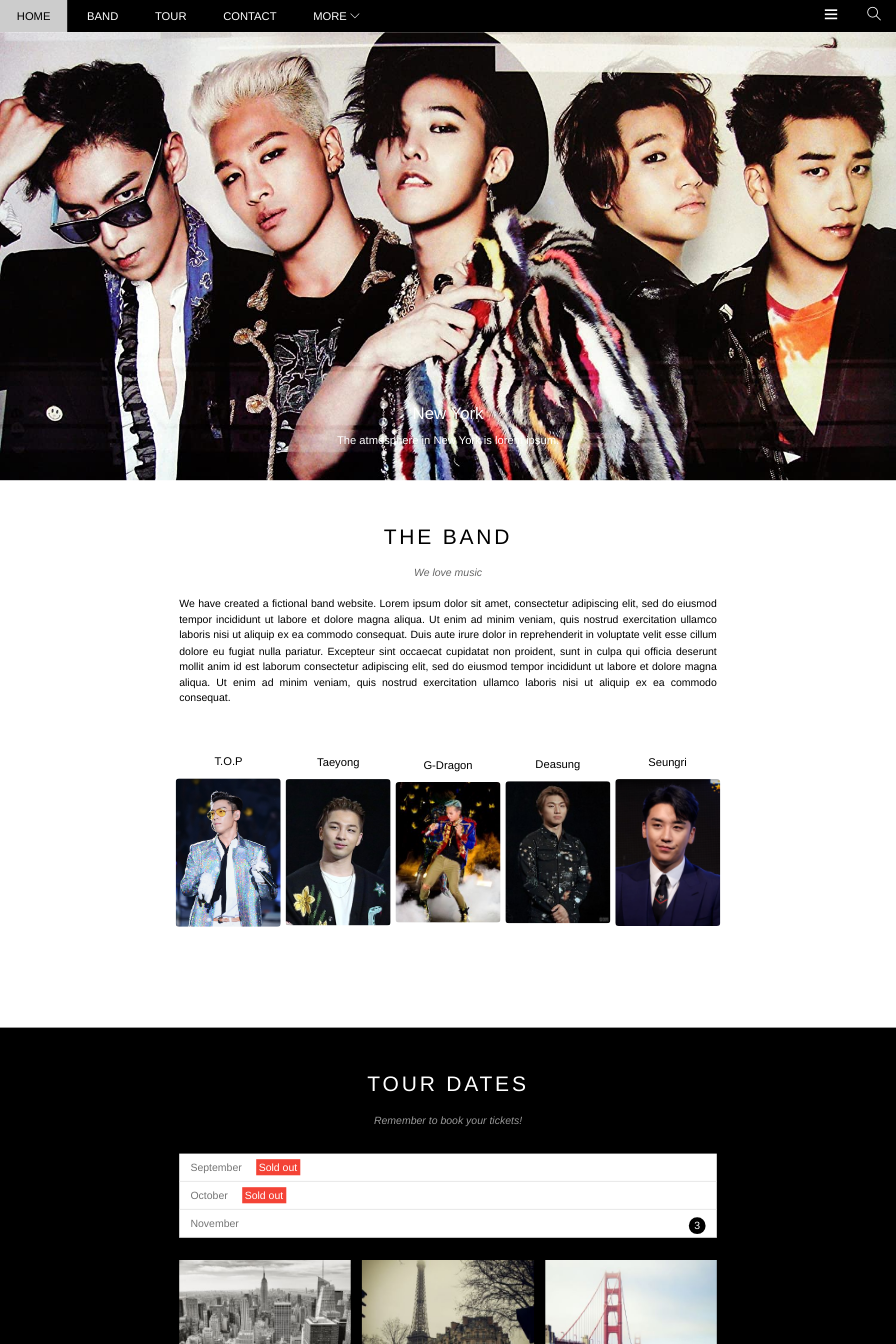
Repository: ThinhTran2k/BigBang-Band-Website
Page: index.html
These files come from the project's save history. The page is drawn as it stood at one moment and after a run of saves; the edit follows.
The browser window is 1280 px wide. The pictures show the part of the page from y = 0 to 1920 px (the page is 3651 px tall), at 70% of full size.
The pointer rests on the first visible `.header .mobi-menu-responsive`.

Above is the page before, as saved 2021-03-15 15:46:29.

### index.html
<!DOCTYPE html>
<html lang="en">
<head>
    <meta charset="UTF-8">
    <meta http-equiv="X-UA-Compatible" content="IE=edge">
    <meta name="viewport" content="width=device-width, initial-scale=1.0">
    <title>Brand</title>
    <link rel="icon" href="asset/img/favicon.png" type="image/x-icon" />
    <link rel="stylesheet" href="./asset/css/style.css">
    <link rel="stylesheet" href="./asset/css/responsive.css">
    <link rel="stylesheet" href="./asset/font/themify-icons/themify-icons.css">
</head>
<body>
    <div class="wrapper">
        <div class="header">
            <!-- Navigation -->
            <ul class="nav">
                <li><a href="#">Home</a></li>
                <li><a href="#band">Band</a></li>
                <li><a href="#tour">Tour</a></li>
                <li><a href="#contact">Contact</a></li>
                <li>
                    <a href="">
                        More
                        <i class="nav-arrow-icon ti-angle-down"></i>
                    </a>
                    <ul class="subnav">
                        <li><a href="#">Merchandise</a></li>
                        <li><a href="#">Extras</a></li>
                        <li><a href="#">Media</a></li>
                    </ul>
                </li>
            </ul>

            <!-- Search -->
            <div class="header__search">
                <i class="header__search-icon ti-search"> </i>
            </div>

            <div class="mobi-menu-responsive">
                <i class="menu-icon ti-menu"></i>
            </div>
        </div>

        <div class="slider">
            <div class="text-content">
                <h2 class="text-heading">New York</h2>
                <div class="text-description">The atmosphere in New York is lorem ipsum.</div>
            </div>
        </div>

        <div class="content" >
            <div class="content-section" id="band">
                <h2 class="section-heading">THE BAND</h2>
                <p class="section-subheading">We love music</p>
                <p class="about">We have created a fictional band website. Lorem ipsum dolor sit amet, consectetur adipiscing elit, sed do eiusmod tempor
                incididunt ut labore et dolore magna aliqua. Ut enim ad minim veniam, quis nostrud exercitation ullamco laboris nisi ut
                aliquip ex ea commodo consequat. Duis aute irure dolor in reprehenderit in voluptate velit esse cillum dolore eu fugiat
                nulla pariatur. Excepteur sint occaecat cupidatat non proident, sunt in culpa qui officia deserunt mollit anim id est
                laborum consectetur adipiscing elit, sed do eiusmod tempor incididunt ut labore et dolore magna aliqua. Ut enim ad minim
                veniam, quis nostrud exercitation ullamco laboris nisi ut aliquip ex ea commodo consequat.
                </p>

                <div class="row member-list">
                    <div class="member-item">
                        <p class="member-name">T.O.P</p>
                        <img src="./asset/img/T.O.P.jpg" alt="name" class="member-img">
                    </div>
                    <div class="member-item">
                        <p class="member-name">Taeyong</p>
                        <img src="./asset/img/Taeyong.jpg" alt="name" class="member-img">
                    </div>
                    <div class="member-item">
                        <p class="member-name">G-Dragon</p>
                        <img src="./asset/img/G-dragon.jpg" alt="name" class="member-img">
                    </div>
                    <div class="member-item">
                        <p class="member-name">Deasung</p>
                        <img src="./asset/img/Deasung.jpg" alt="name" class="member-img">
                    </div>
                    <div class="member-item">
                        <p class="member-name">Seungri</p>
                        <img src="./asset/img/Seung-hyun.png" alt="name" class="member-img">
                    </div>
                </div>
            </div>
            <div class="content-section--black" id="tour">
                <div class="content-section">
                    <h2 class="section-heading text-white">TOUR DATES</h2>
                    <p class="section-subheading text-white">Remember to book your tickets!</p>
                    <!-- Tickets -->
                    <ul class="tickets-list">
                        <li>September <span class="sold-out">Sold out</span></li>
                        <li>October <span class="sold-out">Sold out</span></li>
                        <li>November <span class="quantity">3</span></li>
                    </ul>
                    <!-- Places -->
                    <div class="row place-list">
                        <div class="col col-third">
                            <img src="./asset/img/newyork.jpg" alt="place" class="place-img">
                            <div class="place-content">
                                <h3 class="place-heading">New York</h3>
                                <p class="place-time">Fri 27 Nov 2016</p>
                                <p class="place-desc">Praesent tincidunt sed tellus ut rutrum sed vitae justo.</p>
                                <a href="#" class="place-buy-btn">Buy Tickets</a>
                            </div>
                        </div>
                        <div class="col col-third">
                            <img src="./asset/img/paris.jpg" alt="place" class="place-img">
                            <div class="place-content">
                                <h3 class="place-heading">Paris</h3>
                                <p class="place-time">Sat 28 Nov 2017</p>
                                <p class="place-desc">Praesent tincidunt sed tellus ut rutrum sed vitae justo.</p>
                                <a href="#" class="place-buy-btn">Buy Tickets</a>
                            </div>
                        </div>
                        <div class="col col-third">
                            <img src="./asset/img/sanfran.jpg" alt="place" class="place-img">
                            <div class="place-content">
                                <h3 class="place-heading">San Fancisco</h3>
                                <p class="place-time">Sun 29 Nov 2018</p>
                                <p class="place-desc">Praesent tincidunt sed tellus ut rutrum sed vitae justo.</p>
                                <a href="#" class="place-buy-btn">Buy Tickets</a>
                            </div>
                        </div>
                    </div>
                </div>
            </div>
            <div class="content-section" id="contact">
                <h2 class="section-heading">CONTACT</h2>
                <p class="section-subheading">Fan? Drop a note!</p>

                <div class="row contact-content">
                    <div class="col col-half contact-infor">
                        <p><i class="ti-location-pin"></i>Chicago, US</p>
                        <p><i class="ti-mobile"></i>Phone: +00 151515/p>
                        <p><i class="ti-email"></i>Email: mail@mail.com</p>
                    </div>
                    <div class="col col-half contact-form">
                        <form action="">
                            <div class="row ">
                                <div class="col col-half">
                                    <input type="text" name="" id="" class="form-control" required placeholder="Name">
                                </div>
                                <div class="col col-half">
                                    <input type="email" name="" id="" class="form-control" required placeholder="Email">
                                </div>
                            </div>
                            <div class="row mt-8">
                                <div class="col col-full">
                                    <input type="text" name="" id="" class="form-control" required placeholder="Message">
                                </div>
                            </div>
                            <input type="submit" value="SEND" class="form-btn">
                        </form>
                    </div>
                </div>
            </div>

            <div class="map-section" >
                <img src="./asset/img/map.jpg" alt="map">
            </div>
        </div>

        <div class="footer">
            <div class="social-list">
                <a href=""><i class="ti-facebook"></i></a>
                <a href=""><i class="ti-instagram"></i></a>
                <a href=""><i class="ti-pinterest"></i></a>
                <a href=""><i class="ti-linkedin"></i></a>
                <a href=""><i class="ti-twitter-alter"></i></a>
                <a href=""><i class="ti-dropbox-alt"></i></a>
            </div>
            <p class="copyright">Powered by <a href="#">w3.css</a></p>
        </div>
    </div>
</body>
</html>

### asset/css/style.css
/* Reset CSS */
*{
    padding: 0;
    margin: 0;
    box-sizing: border-box;
}

html {
    scroll-behavior: smooth;
    font-family: Helvetica, Arial , sans-serif;
}

/* Common css */
.text-white {
    color: #fff !important;
}
.row {
    display: flex;
    justify-content: space-between;
    margin-left: -8px;
    margin-right: -8px;
}
.col {
    padding: 0 8px;
}
.col-third {
    width: 33.33%;
}
.col-half {
    width: 50%;
}
.col-full {
    width: 100%;
}
/* end */

/* Main */
.wrapper {

}

.header {
    position: fixed;
    top: 0;
    left: 0;
    right: 0;
    z-index: 1;
    height: 46px;
    background-color: #000;
    overflow: hidden;
}

.nav {
    display: inline-block;
}
.nav .subnav {
    display: none;
    position: absolute;
    top: 100%;
    left: 0;
    min-width: 160px;
    background-color: #fff;
    box-shadow: 0 0 10px rgba(0, 0, 0, 0.3);
}
.nav, .subnav {
    list-style: none;
}
.nav .subnav li:hover, .nav > li:hover > a {
    color: #000;
    background-color: #ccc;
}
.nav .subnav a {
    line-height: 38px;
    padding: 0 16px;
    color: #000;
}

.nav li:hover .subnav {
    display: block;
}
.nav > li {
    display: inline-block;
}
.nav > li > a {
    text-transform: uppercase;
    color: #fff;
}
.nav li{
    position: relative;
}
.nav li a {
    display: block;
    cursor: pointer;
    padding: 0 24px;
    line-height: 46px;
    text-decoration: none;
}
.nav-arrow-icon {
    font-size: 14px;
}
.header .header__search,
.header .mobi-menu-responsive {
    float: right;
    padding: 0 21px;
    line-height: 46px;
}

.header .header__search:hover {
    cursor: pointer;
    background-color: #f44336;
}
.header .menu-icon,
.header__search-icon {
    color: #fff;
    font-size: 20px;
}

.slider {
    position: relative;
    margin-top: 46px;
    padding-top: 50%;
    background-image: url('/asset/img/slider2.jpg');
    background-size: cover;
    background-repeat: no-repeat;
    background-position: top center;
}
.text-content {
    position: absolute;
    color: #fff;
    bottom: 48px;
    left: 50%;
    transform: translateX(-50%);
    text-align: center;
}
.text-heading {
    font-weight: 500;
}
.text-description {
    padding-top: 15px;
}


.content {

}
.content-section {
    width: 800px;
    max-width: 100%;
    margin: 0 auto;
    padding: 64px 16px 112px;
}
.section-heading {
    font-weight: 500;
    font-size: 30px;
    text-align: center;
    letter-spacing: 4px;
}
.section-subheading {
    font-size: 15px;
    text-align: center;
    margin-top: 25px;
    font-style: italic;
    opacity: 0.6;
}
.about {
    margin-top: 25px;
    font-size: 15px;
    text-align: justify;
    line-height: 1.5;
}
.member-list {
    margin-top: 38px;
    padding: 32px 0;
}
.member-item {
    display: flex;
    flex-direction: column;
    align-items: center;
    justify-content: center;
    width: 20%;
}
.member-item .member-name {
    margin-bottom: 15px;
}
.member-item .member-img {
    border-radius: 5px;
    width: 150px;
    object-fit: contain;
}
.content-section--black {
    background-color: #000;
}
.tickets-list {
    list-style: none;
    margin-top: 40px;
    background-color: #fff;
}
.tickets-list li {
    color: #757575;
    font-size: 15px;
    padding: 11px 16px;
    border-bottom: 1px solid #ddd;
}
.sold-out {
    background-color: #f44336;
    padding: 3px 4px;
    color: #fff;
    margin-left: 16px;
}
.quantity {
    float: right;
    width: 24px;
    height: 24px;
    line-height: 24px;
    text-align: center;
    border-radius: 50%;
    background-color: #000;
    color: #fff;
}
.place-list {
    /* kĩ thuật căn lề trái vs lề phải */
    margin-top: 32px;
}
.place-img {
    display: block;
    width: 100%;
    height: 190px;
}
.place-img:hover { opacity: 0.6;}
.place-content {
    font-size: 15px;
    padding: 16px;
    background-color: #fff;
}
.place-heading {
    font-size: 15px;
    font-weight: 600;
}
.place-time {
    color: #757575;
    margin-top: 15px;
}
.place-desc {
    margin-top: 15px;
}
.place-buy-btn {
    display: inline-block;
    color: #fff;
    background-color: #000;
    padding: 11px 16px;
    margin-top: 15px;
    text-decoration: none;
}
.place-buy-btn:hover {color: #000; background-color: #ccc;}
/* Contact Form */
.contact-content {
    margin-top: 48px;
}
.contact-infor {
    font-size: 18px;
    line-height: 1.5;
}
.contact-infor i[class*="ti-"] { width: 30px; display: inline-block;}
.contact-form {
    font-size: 15px;
}
.form-control {
    padding: 10px;
    border: 1px solid #ccc;
    width: 100%;
}
.mt-8 {
    margin-top: 8px;
}
.form-btn {
    display: block;
    margin-left: auto;
    margin-top: 16px;
    margin-bottom: 16px;
    padding: 12px 16px;
    text-align: right;
    border:none;
    color: #fff;
    background-color: #000;
}
.form-btn:hover { background-color: #ccc; cursor: pointer;color: #000;}
/* Map */
.map-section img {
    width: 100%;
}

.footer {
    padding: 64px 16px;
    text-align: center;
}
.footer .social-list {
    font-size: 24px;
}
.footer .social-list a {text-decoration: none; color: rgba(0, 0, 0, 0.6);}
.footer .social-list a:hover ,.footer .copyright a:hover { color: rgba(0, 0, 0, 0.4);}
.footer .copyright {
    margin-top: 15px;
    font-size: 15px;
    color: rgba(0, 0, 0, 0.6);
}
.footer .copyright a {
    color: rgba(0, 0, 0, 0.6);
}

### asset/css/responsive.css
/* Mobile */
@media (max-width: 740px) {
    .nav > li {
        display: block;
    }

    .header .header__search {
        display: none;
    }

    .mobi-menu-responsive {

    }
}

Loaded but not shown: asset/font/themify-icons/themify-icons.css (common file)

After the next 4 saves:
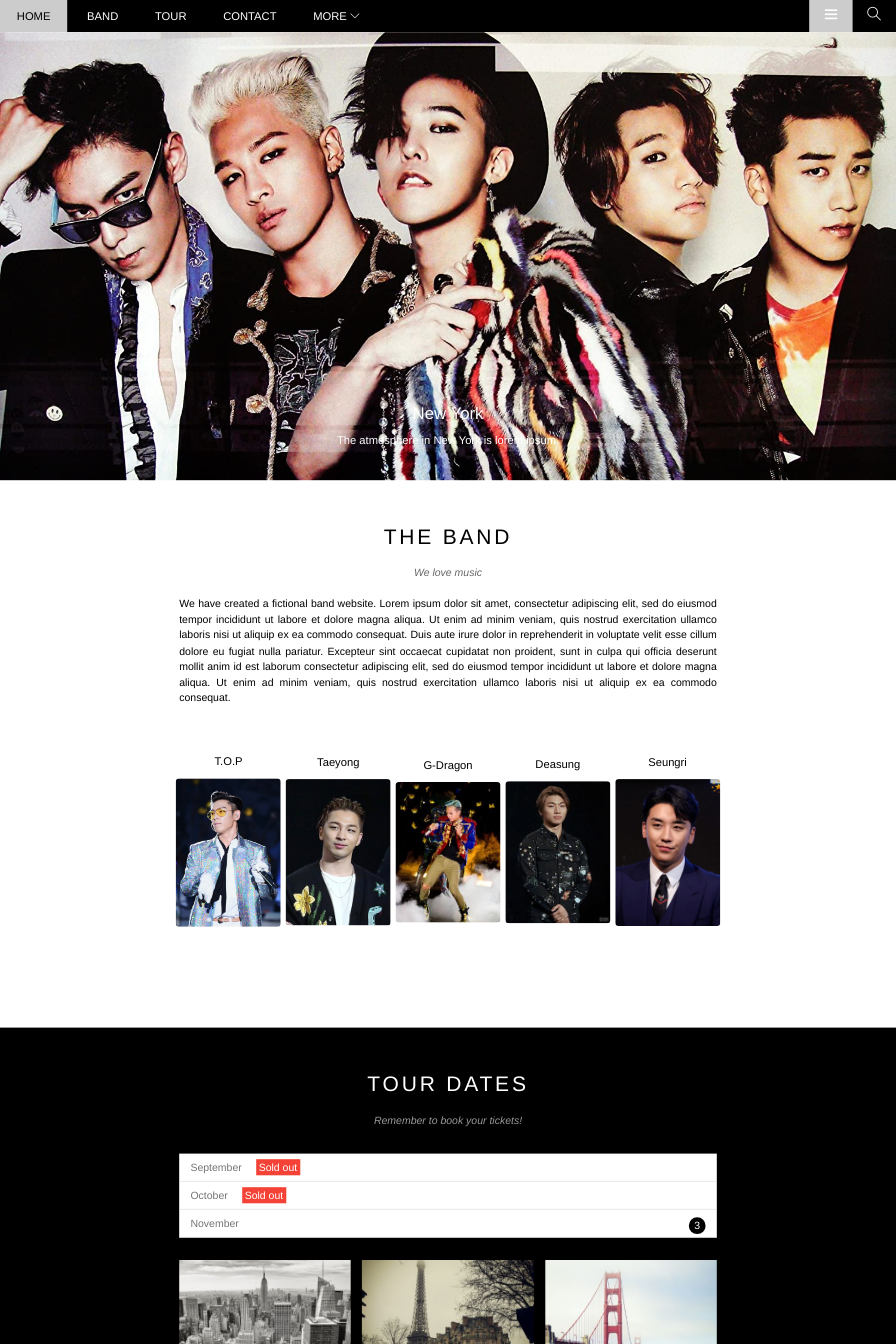
The 4 saves are shown as one change because they came seconds apart.
The last was saved 14 s later.
--- a/asset/css/style.css
+++ b/asset/css/style.css
@@ -109,6 +109,9 @@
     cursor: pointer;
     background-color: #f44336;
 }
+.header .mobi-menu-responsive:hover {
+    background-color: #ccc;
+}
 .header .menu-icon,
 .header__search-icon {
     color: #fff;
